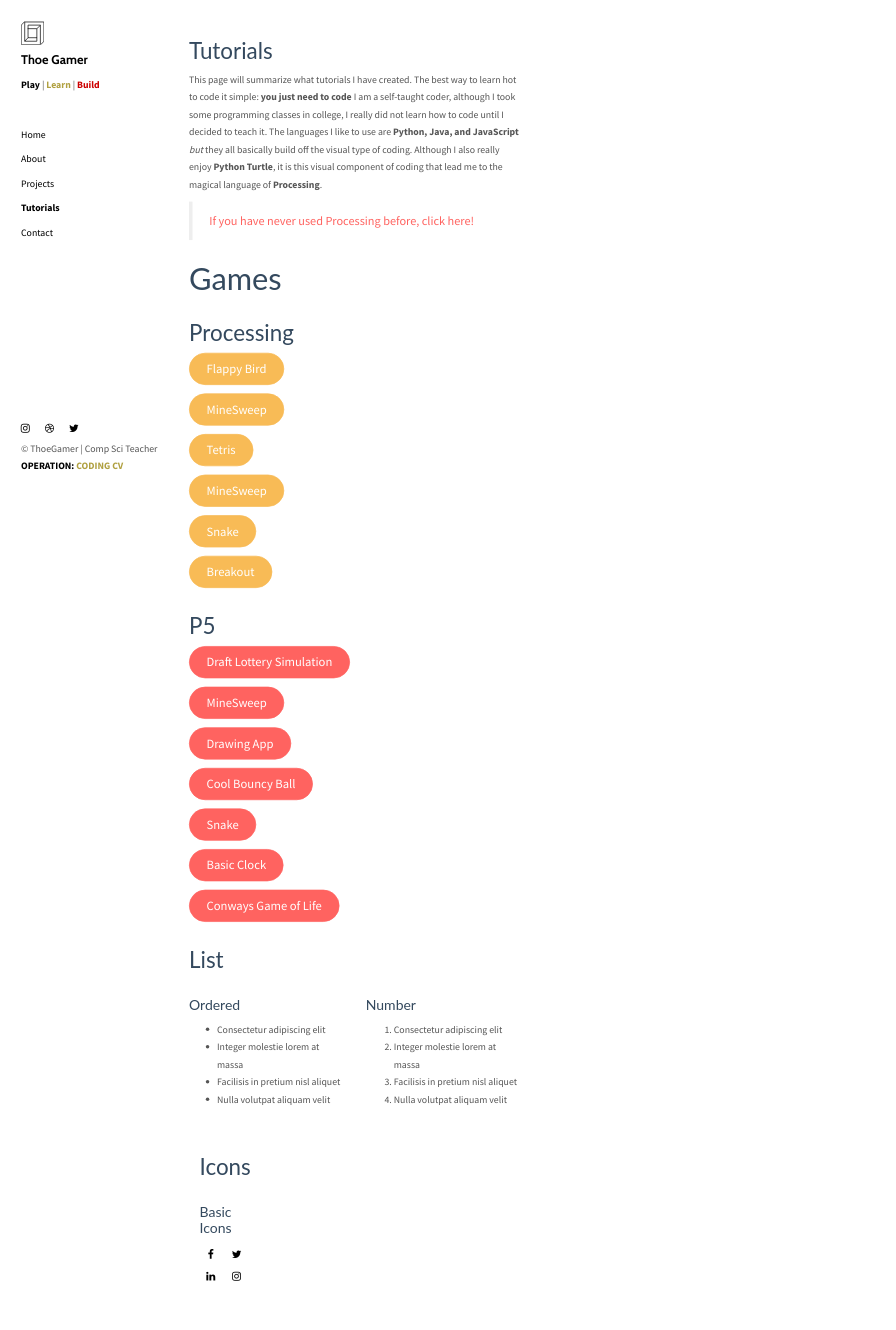
Repository: GamerThoe/GamerThoe.github.io
Page: components.html
The author's editor kept a record of every edit. The page is drawn from the files as they stood at one moment, then again after the next edit.
The browser window is 1280 px wide. The pictures show the whole page, at 70% of full size.

Above is the page before.

### components.html
<!DOCTYPE html>
<html lang="en">

<head>
  <meta charset="UTF-8">
  <meta content="IE=edge" http-equiv="X-UA-Compatible">
  <meta content="width=device-width,initial-scale=1" name="viewport">
  <meta content="description" name="description">
  <meta name="google" content="notranslate" />
  <meta content="Mashup templates have been developped by Orson.io team" name="author">

  <!-- Disable tap highlight on IE -->
  <meta name="msapplication-tap-highlight" content="no">

  <link href="./assets/apple-icon-180x180.png" rel="apple-touch-icon">
  <link href="./assets/favicon.ico" rel="icon">



  <title>Title page</title>

<link href="./main.82cfd66e.css" rel="stylesheet"></head>

<body>

 <!-- Add your content of header -->
<header class="">
  <div class="navbar navbar-default visible-xs">
    <button type="button" class="navbar-toggle collapsed">
      <span class="sr-only">Toggle navigation</span>
      <span class="icon-bar"></span>
      <span class="icon-bar"></span>
      <span class="icon-bar"></span>
    </button>
    <a href="./index.html" class="navbar-brand">Thoe Gamer ; )</a>
  </div>

  <nav class="sidebar">
    <div class="navbar-collapse" id="navbar-collapse">
      <div class="site-header hidden-xs">
          <a class="site-brand" href="./index.html" title="">
            <img class="img-responsive site-logo" alt="" src="./assets/images/mashup-logo.svg">
            Thoe Gamer
          </a>
        <p><span class="black">Play </span> | <span class="gold">Learn </span>| <span class="highlight">Build</span></p>
      </div>
      <ul class="nav">
        <li><a href="./index.html" title="">Home</a></li>
        <li><a href="./about.html" title="">About</a></li>
        <li><a href="./services.html" title="">Projects</a></li>
        <li class="black"><a href="./components.html" title="">Tutorials</a></li>
        <li><a href="./contact.html" title="">Contact</a></li>


      </ul>

      <nav class="nav-footer">
        <p class="nav-footer-social-buttons">
          <a class="fa-icon" href="https://www.instagram.com/" title="">
            <i class="fa fa-instagram"></i>
          </a>
          <a class="fa-icon" href="https://dribbble.com/" title="">
            <i class="fa fa-dribbble"></i>
          </a>
          <a class="fa-icon" href="https://twitter.com/" title="">
            <i class="fa fa-twitter"></i>
          </a>
        </p>
        <p>© ThoeGamer | Comp Sci Teacher <a href="https://mrthoe.github.io"><span class="black">OPERATION: <span class="gold">CODING CV</span></span></a></p>
      </nav>
    </div>
  </nav>
</header>
<main class="" id="main-collapse">


<!-- Add your site or app content here -->

    <div class="row">
      <div class="col-xs-12 col-md-6">

        <div class="template-example">
          <h2 class="template-title-example">Tutorials</h2>
          <p>This page will summarize what tutorials I have created.  The best way to learn hot to code it simple: <b>you just need to code</b>  I am a self-taught coder, although I took some programming classes in college, I really
          did not learn how to code until I decided to teach it.  The languages I like to use are <b>Python, Java, and JavaScript</b> <i>but</i> they all basically build off the visual type of coding.  Although I also really enjoy <b>Python Turtle</b>,
          it is this visual component of coding that lead me to the magical language of <b>Processing</b>.

          <blockquote>
            <p><a href="https://processing.org/">If you have never used Processing before, click here!</a></p>
          </blockquote>

          </p>
        </div>

        <div class="template-example">
          <h1 class="template-title-example">Games</h1>
          <div class="row">
            <div class="col-md-6">
              <h2 class="template-title-example">Processing</h2>
              <div class="row">
                  <div class="col-md-6">
                  <p><a href="" class="btn btn-info btn-lg">Flappy Bird</a></p>
                  <p><a href="" class="btn btn-info btn-lg">MineSweep</a></p>
                  <p><a href="" class="btn btn-info btn-lg">Tetris</a></p>
                  <p><a href="" class="btn btn-info btn-lg">MineSweep</a></p>
                  <p><a href="" class="btn btn-info btn-lg">Snake</a></p>
                  <p><a href="" class="btn btn-info btn-lg">Breakout</a></p>
                </div>
              </div>
              <h2 class="template-title-example">P5</h2>
              <div class="row">
                  <div class="col-md-6">
                  <p><a href="" class="btn btn-primary btn-lg">Draft Lottery Simulation</a></p>
                  <p><a href="" class="btn btn-primary btn-lg">MineSweep</a></p>
                  <p><a href="" class="btn btn-primary btn-lg">Drawing App</a></p>
                  <p><a href="" class="btn btn-primary btn-lg">Cool Bouncy Ball</a></p>
                  <p><a href="" class="btn btn-primary btn-lg">Snake</a></p>
                  <p><a href="" class="btn btn-primary btn-lg">Basic Clock</a></p>
                  <p><a href="" class="btn btn-primary btn-lg">Conways Game of Life</a></p>
                </div>
              </div>


          </div>
        </div>


        <div class="template-example">
          <h2 class="template-title-example">List</h2>
          <div class="row">
            <div class="col-md-6">
              <h3 class="template-title-example">Ordered</h3>
              <ul>
                <li>Consectetur adipiscing elit</li>
                <li>Integer molestie lorem at massa</li>
                <li>Facilisis in pretium nisl aliquet</li>
                <li>Nulla volutpat aliquam velit</li>
              </ul>
            </div>
            <div class="col-md-6">
              <h3 class="template-title-example">Number</h3>
              <ol>
                <li>Consectetur adipiscing elit</li>
                <li>Integer molestie lorem at massa</li>
                <li>Facilisis in pretium nisl aliquet</li>
                <li>Nulla volutpat aliquam velit</li>
              </ol>
            </div>
          </div>
        </div>



      </div>

      <div class="col-xs-12 col-md-6">
        <div class="template-example">
          <h2 class="template-title-example">Icons</h2>

          <div class="row">

            <div class="col-md-6">
               <h3 class="template-title-example">Basic Icons</h2>
                <ul class="list-icons">
                  <li>
                    <span class="fa-icon">
                      <i class="fa fa-facebook"></i>
                    </span>
                  </li>
                  <li>
                    <span class="fa-icon">
                      <i class="fa fa-twitter"></i>
                    </span>
                  </li>
                  <li>
                    <span class="fa-icon">
                      <i class="fa fa-linkedin"></i>
                    </span>
                  </li>
                  <li>
                    <span class="fa-icon">
                      <i class="fa fa-instagram"></i>
                    </span>
                  </li>
                </ul>
            </div>

          </div>





        </div>


        </div>




      </div>
    </div>


</main>

<script>
document.addEventListener("DOMContentLoaded", function (event) {
  navbarToggleSidebar();
  navActivePage();
});
</script>

<!-- Google Analytics: change UA-XXXXX-X to be your site's ID

<script>
  (function (i, s, o, g, r, a, m) {
    i['GoogleAnalyticsObject'] = r; i[r] = i[r] || function () {
      (i[r].q = i[r].q || []).push(arguments)
    }, i[r].l = 1 * new Date(); a = s.createElement(o),
      m = s.getElementsByTagName(o)[0]; a.async = 1; a.src = g; m.parentNode.insertBefore(a, m)
  })(window, document, 'script', '//www.google-analytics.com/analytics.js', 'ga');
  ga('create', 'UA-XXXXX-X', 'auto');
  ga('send', 'pageview');
</script>

--> <script type="text/javascript" src="./main.85741bff.js"></script></body>

</html>

Loaded but not shown: main.82cfd66e.css (library); main.85741bff.js (library)

After the next edit:
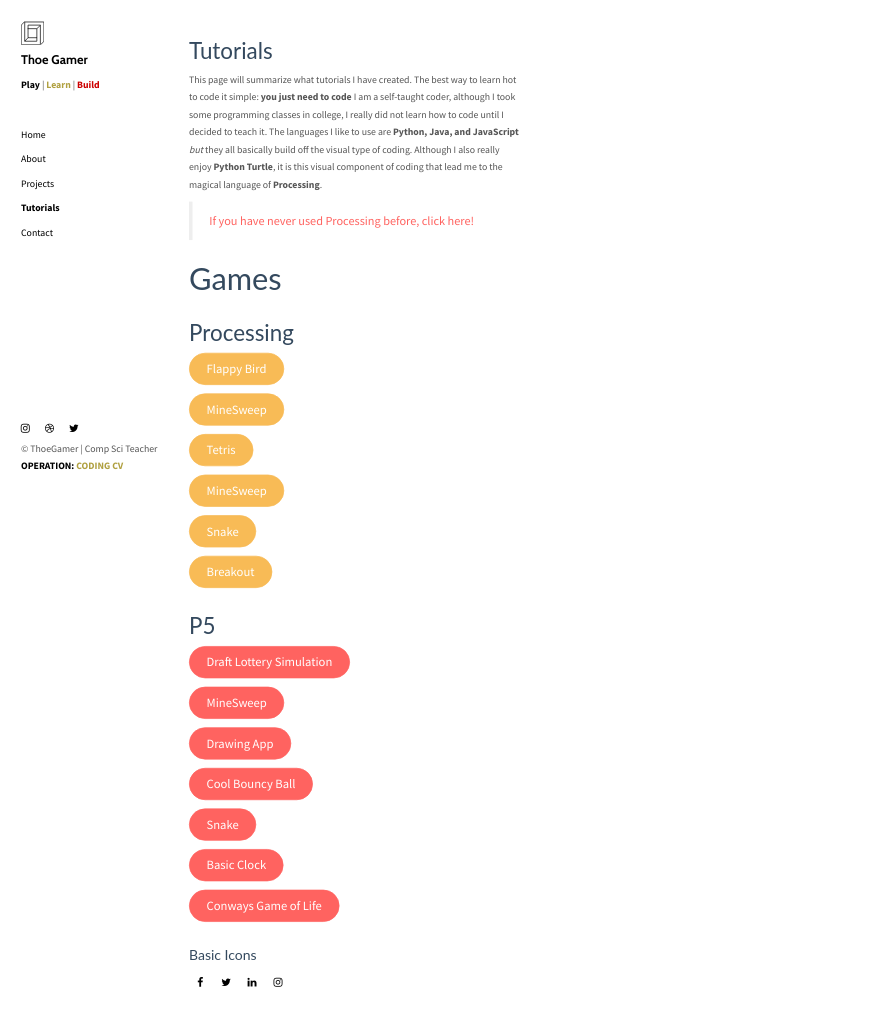
The edit:
--- a/components.html
+++ b/components.html
@@ -125,38 +125,6 @@
         </div>
 
 
-        <div class="template-example">
-          <h2 class="template-title-example">List</h2>
-          <div class="row">
-            <div class="col-md-6">
-              <h3 class="template-title-example">Ordered</h3>
-              <ul>
-                <li>Consectetur adipiscing elit</li>
-                <li>Integer molestie lorem at massa</li>
-                <li>Facilisis in pretium nisl aliquet</li>
-                <li>Nulla volutpat aliquam velit</li>
-              </ul>
-            </div>
-            <div class="col-md-6">
-              <h3 class="template-title-example">Number</h3>
-              <ol>
-                <li>Consectetur adipiscing elit</li>
-                <li>Integer molestie lorem at massa</li>
-                <li>Facilisis in pretium nisl aliquet</li>
-                <li>Nulla volutpat aliquam velit</li>
-              </ol>
-            </div>
-          </div>
-        </div>
-
-
-
-      </div>
-
-      <div class="col-xs-12 col-md-6">
-        <div class="template-example">
-          <h2 class="template-title-example">Icons</h2>
-
           <div class="row">
 
             <div class="col-md-6">
